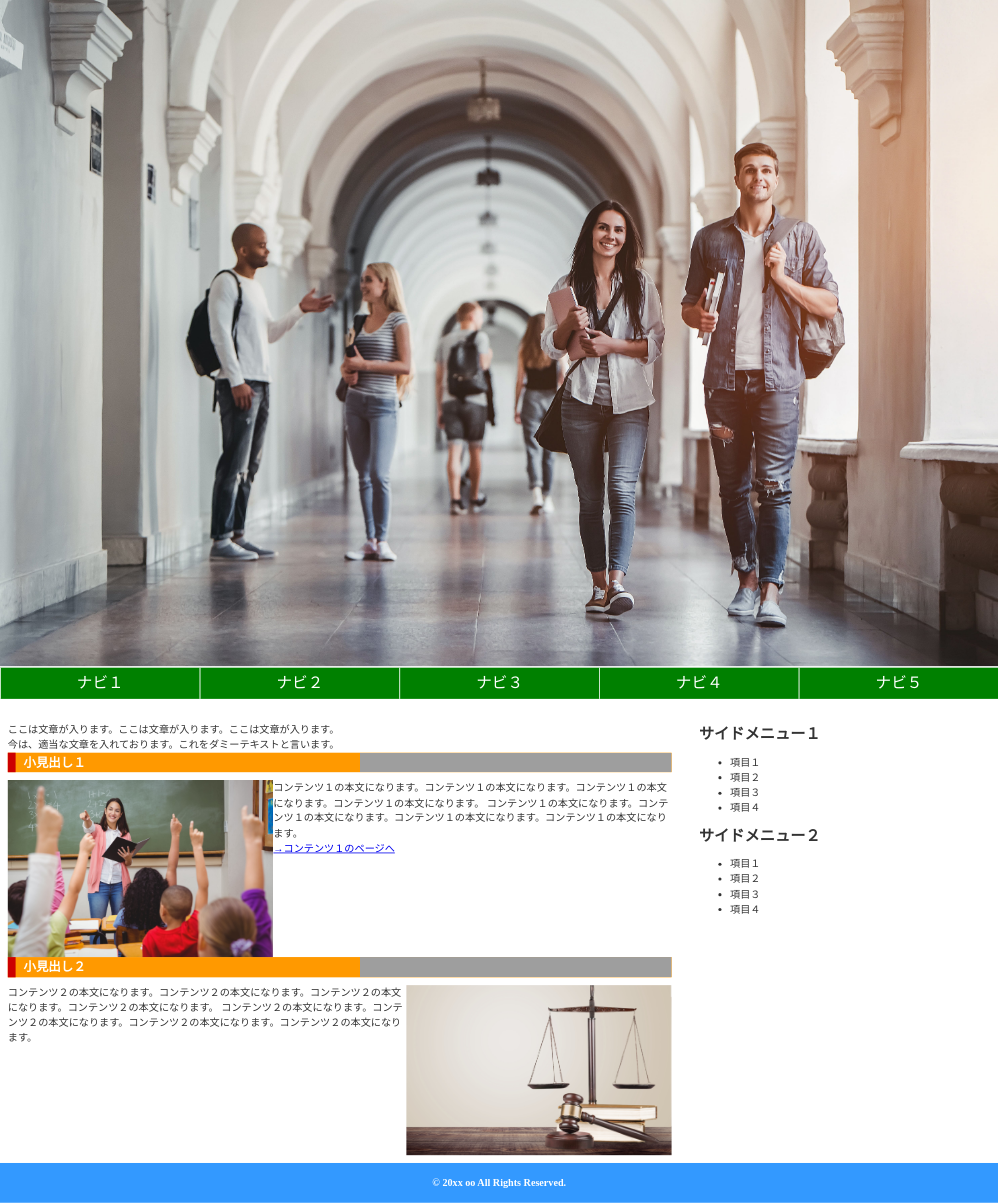
Repository: okuma0090/samurai_HTML-CSS
Page: home.html
The author's editor kept a record of every edit. The page is drawn from the files as they stood at one moment, then again after the next edit.
The browser window is 1280 px wide. The pictures show the whole page, at 78% of full size.
Pictures or frames that could not be fetched are drawn as grey boxes.

Above is the page before.

After the next edit:
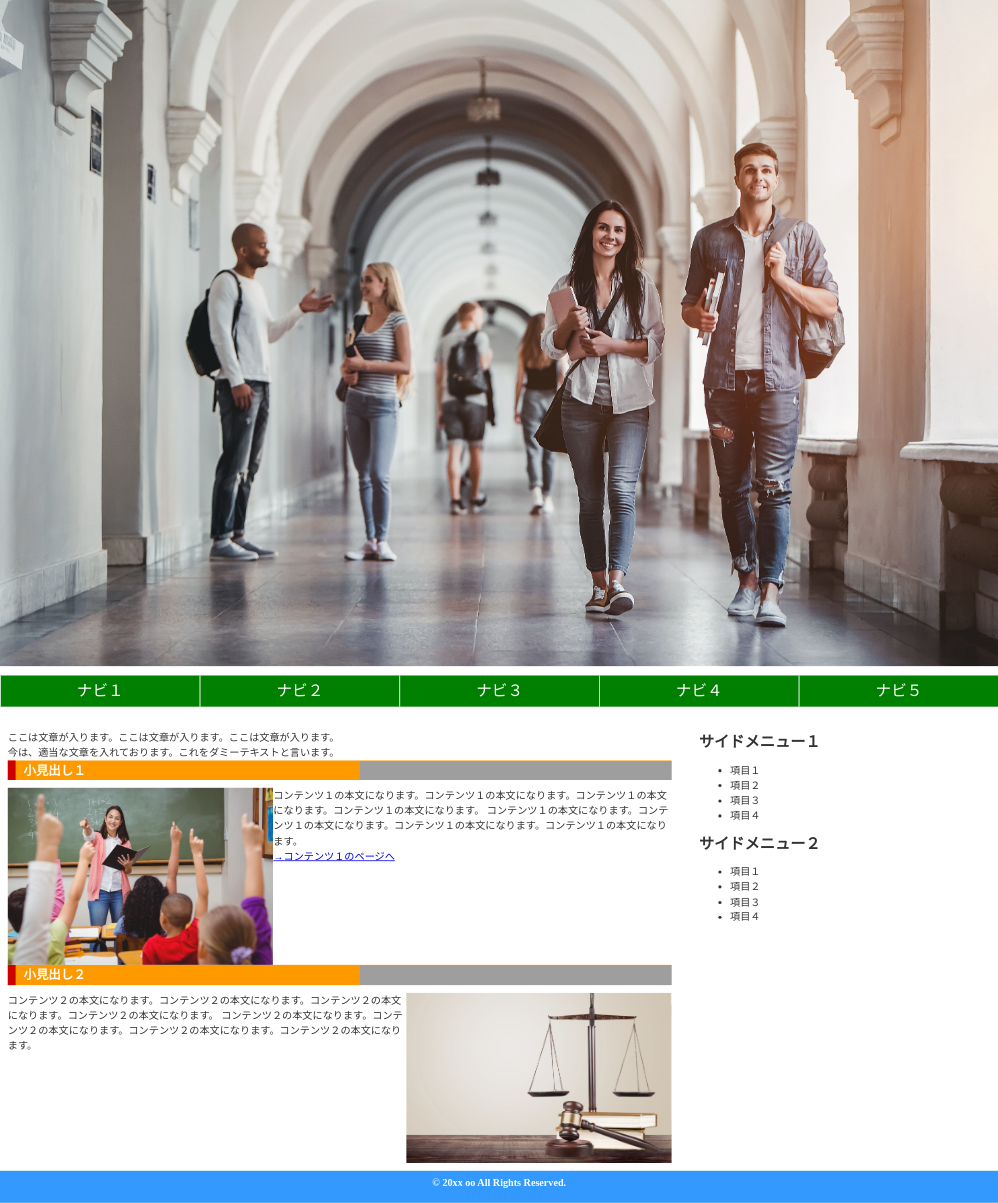
The edit:
--- a/home.html
+++ b/home.html
@@ -10,7 +10,7 @@
     <div id="header">
         <h1><a href="index.html"><img id="corridor"src="images/corridor.jpg"alt="大学の廊下"/></a></h1></a></h1>
     </div>
-    <div class="wrapper">
+    <div id="wrapper">
         <div id="nav">
             <ul>
                 <li><a href="home.html">ナビ１</a></li>
